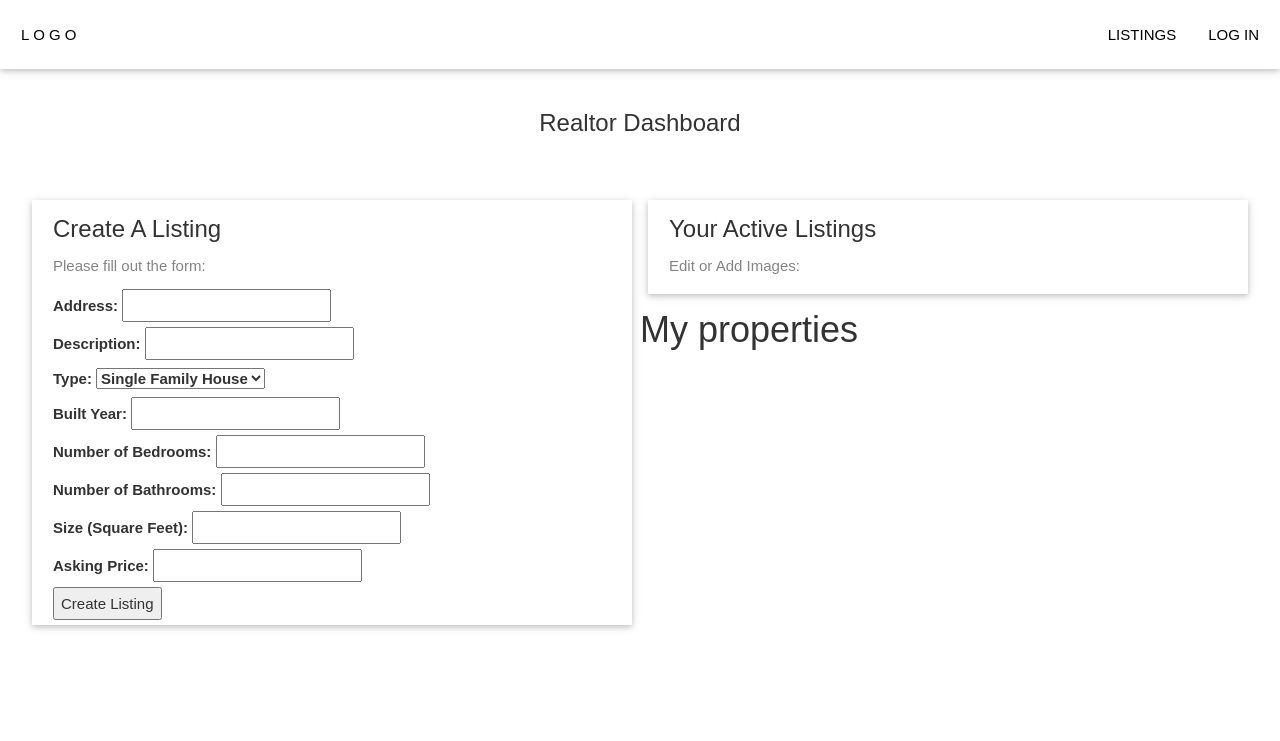
Repository: rickytorrez/test
Page: http://localhost/dcHome/WEB-INF/realtor.jsp
An editor plug-in stored every save of this project. The page is shown before and after the next save, followed by the edit.
The browser window is 1280 px wide. The pictures show the whole page.
Some web fonts or font styles are not loaded; a fallback is used. The page is served by Tomcat 9. Nobody is signed in. The template is opened directly, without the code that normally fills it, so the values that code supplies are empty.

Above is the page before, as saved 2018-06-04 15:50:12.

After the next save:
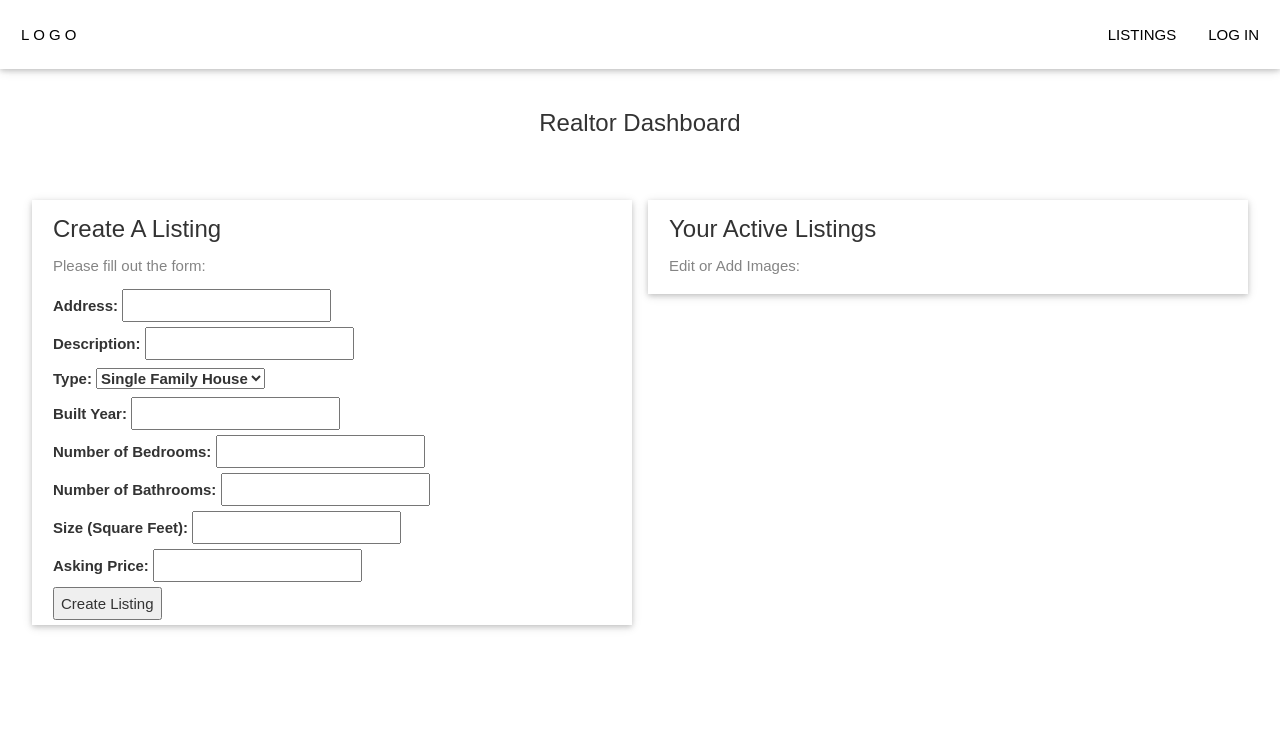
Saved 12 s later.
--- a/dcHome/src/main/webapp/WEB-INF/realtor.jsp
+++ b/dcHome/src/main/webapp/WEB-INF/realtor.jsp
@@ -141,7 +141,6 @@
 
 
 
-		<h1>My properties</h1>
 
 
 				<c:forEach items="${user.listings}" var="listing">
